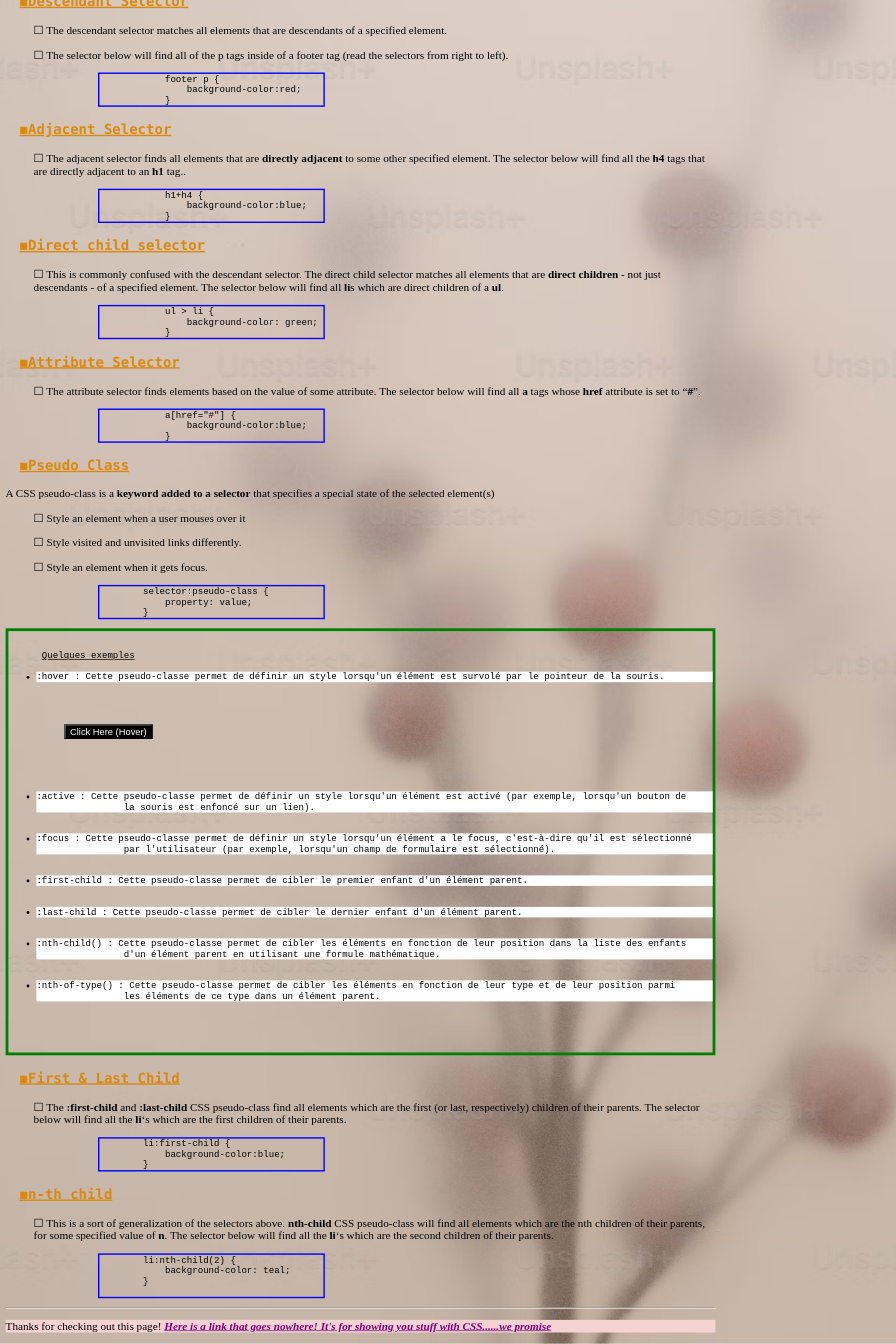
Repository: AnnaSpirit/Tests__
Page: CSS/Useful_Selectors.html
The author's editor kept a copy of each file at every save. The page is drawn from the files as they stood at one save, then again after the next save.
The browser window is 1280 px wide. The pictures show the part of the page from y = 751 to 2671 px (the page is 2671 px tall), at 70% of full size.

Above is the page before, as saved 2024-04-04 17:12:01.

After the next save:
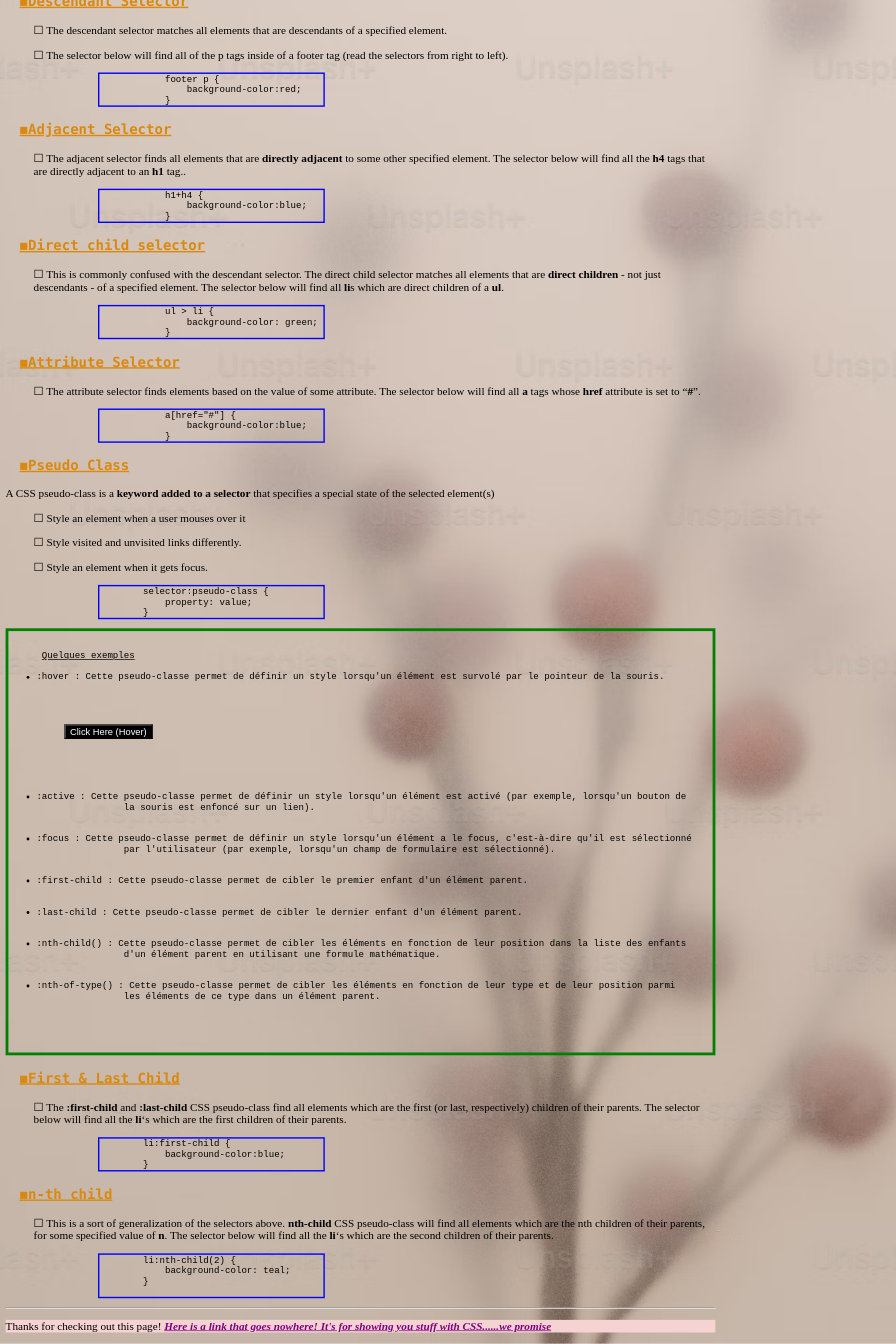
Saved 5 min 32 s later.
--- a/CSS/style_Selectors.css
+++ b/CSS/style_Selectors.css
@@ -47,9 +47,9 @@
 footer p {
     background-color: rgb(245, 211, 211);
 }
-pre>ul>li {
+/* pre>ul>li {
     background-color: white;
-}
+} */
 
 button {
     background-color: black;
